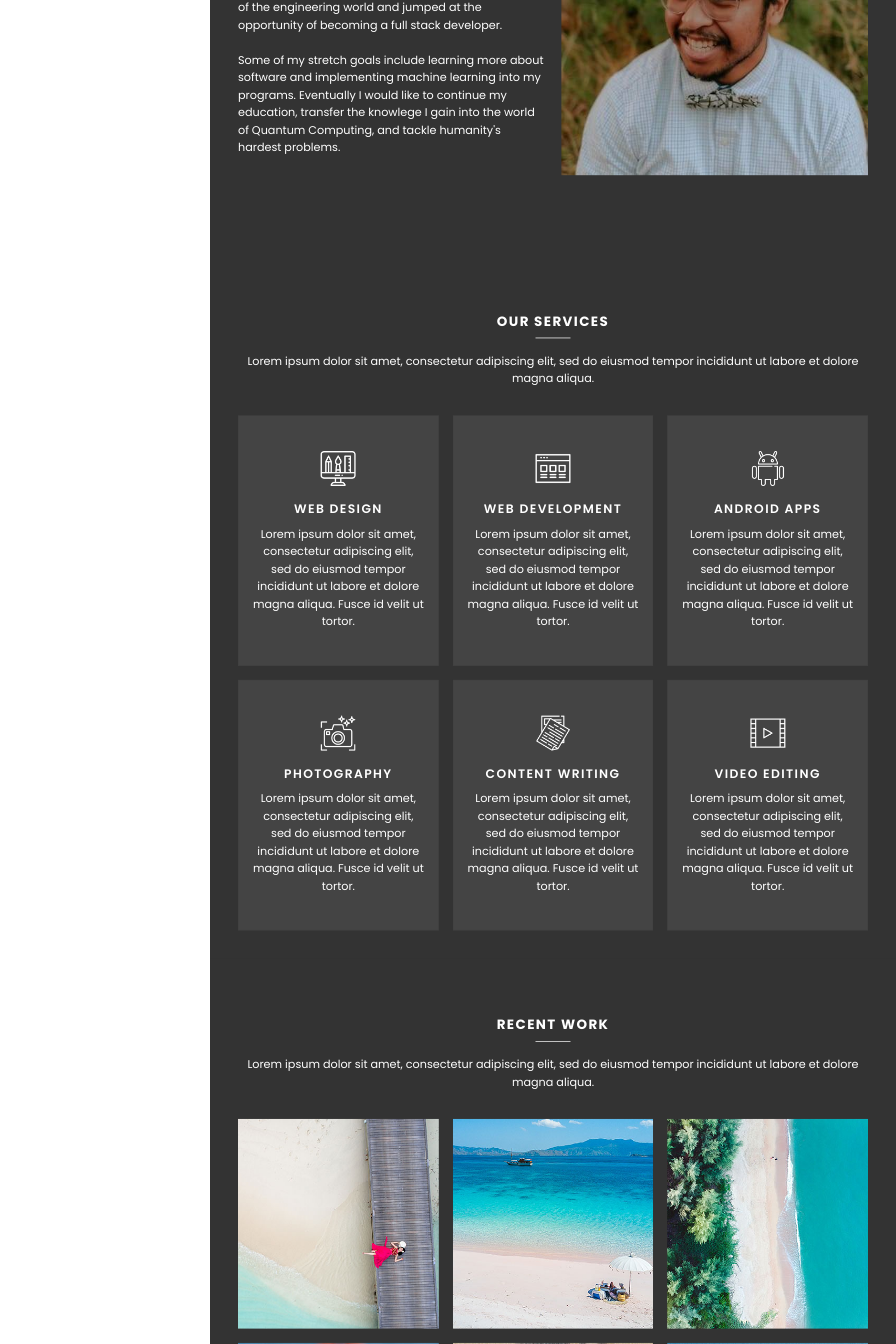
Repository: RussPalms/portforlio-1
Page: index.html
An editor plug-in stored every save of this project. The page is shown before and after the next save, followed by the edit.
The browser window is 1280 px wide. The pictures show the part of the page from y = 1076 to 2996 px (the page is 5693 px tall), at 70% of full size.
Empty fields were first filled with sample values (such as "Sample", 5 or name@example.com).
After loading, the first visible `div.themeSwitch` was clicked once.

Above is the page before, as saved 2021-11-28 15:59:56.

After the next save:
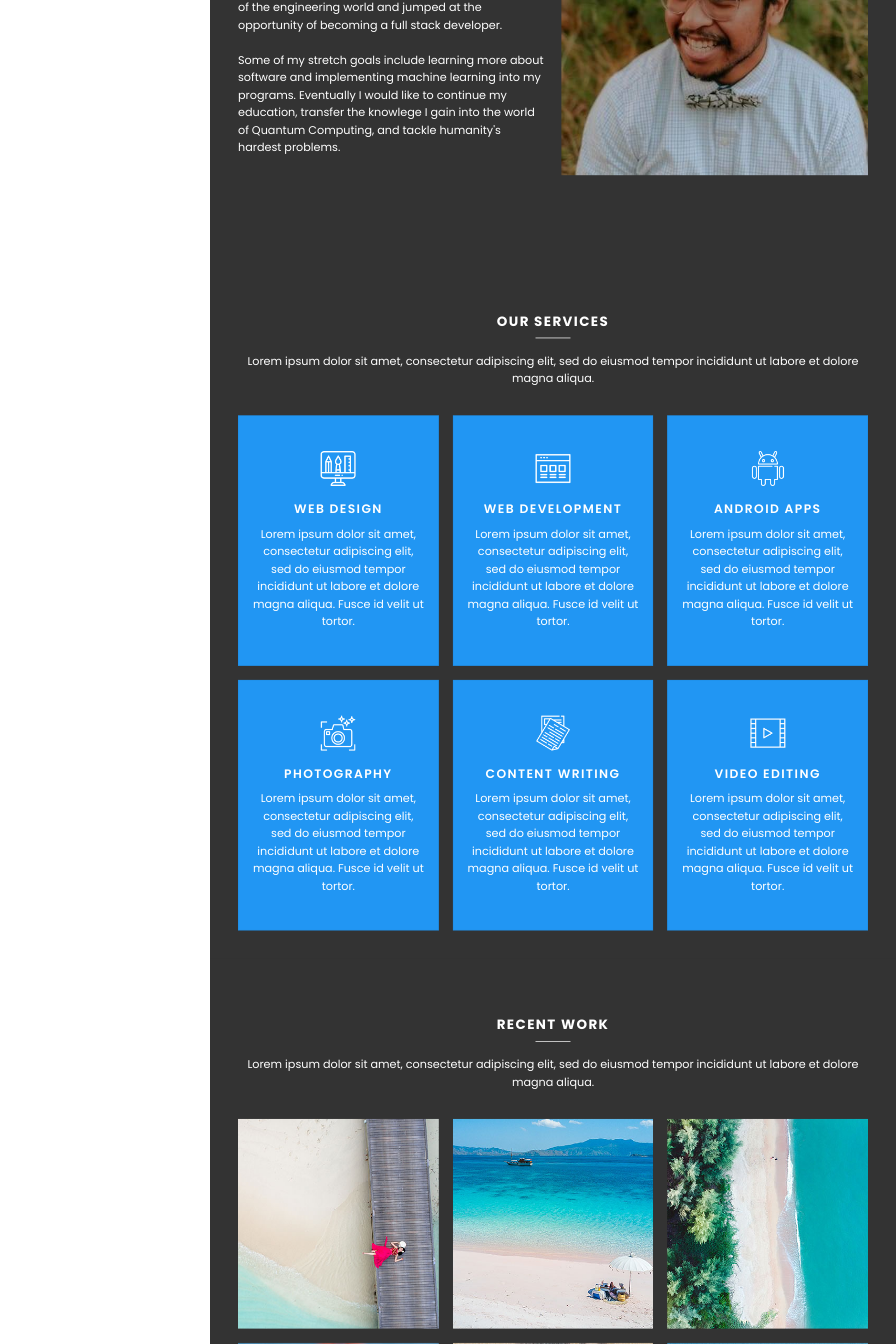
Saved 73 s later.
--- a/style.css
+++ b/style.css
@@ -322,6 +322,10 @@ p {
 	flex-direction: column;
 }
 
+.dark .services .content .serviceBox {
+	background: #2196f3;
+}
+
 .services .content .serviceBox img {
 	max-width: 50px;
 }
